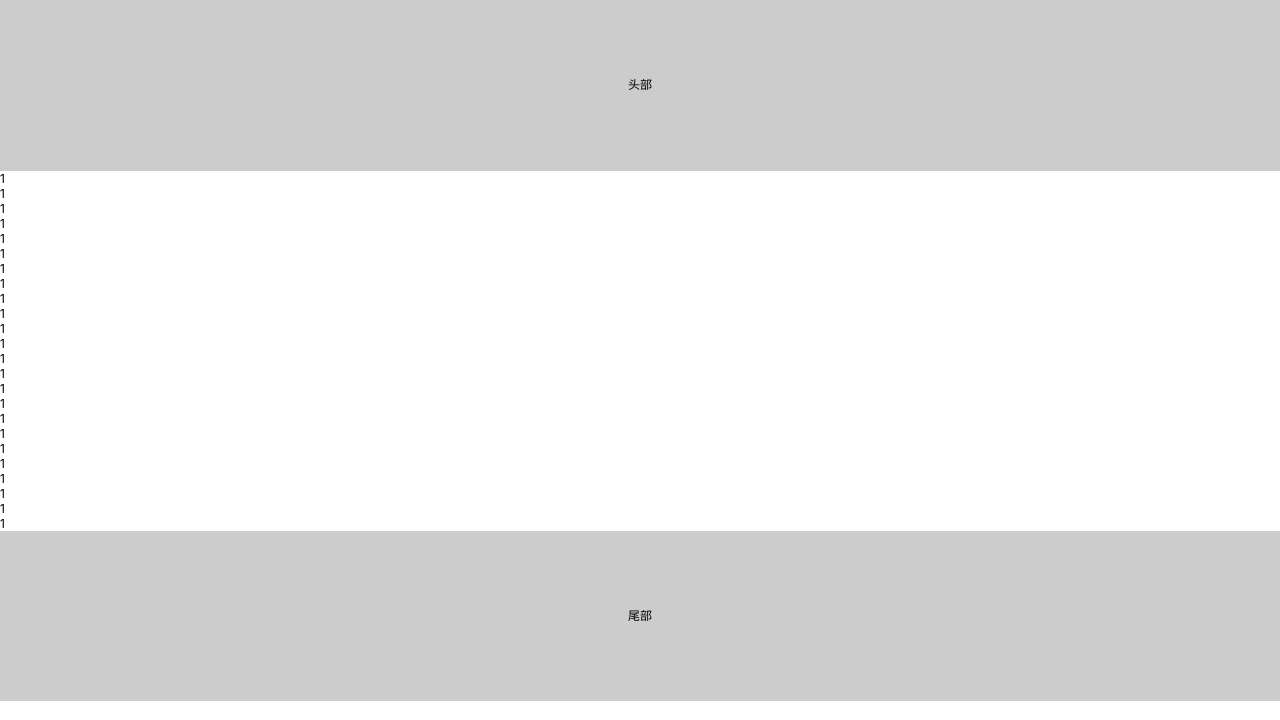
Repository: zjb17395046959/h5-
Page: index.html
The author's editor kept a copy of each file at every save. The page is drawn from the files as they stood at one save, then again after a run of saves.
The browser window is 1280 px wide. The pictures show the whole page.
The style sheet was rebuilt from its Sass, Less or Tailwind sources for each picture, by a compiler version that may differ from the author's.

Above is the page before, as saved 2020-09-14 16:06:11.

### index.html
<!DOCTYPE html>
<html lang="en">
<head>
    <meta charset="utf-8">
    <meta content="yes" name="apple-mobile-web-app-capable" />
    <meta content="yes" name="apple-touch-fullscreen" />
    <meta content="telephone=no,email=no" name="format-detection" />
    <meta name="viewport" content="initial-scale=1, maximum-scale=1, minimum-scale=1, user-scalable=no">
    <title>头尾固定，中间超出隐藏</title>
    <link rel="stylesheet" href="./css/reset.css">
    <link rel="stylesheet" href="./css/index.css">
    <script src="./js/jquery-2.1.3.min.js"></script>
    <script src="./js/flexible.js"></script>
    <script src="./js/util.js"></script>
</head>
<body>
    <!-- 布局开始 -->
    <div id="wrap">
        <!-- 头部布局 -->
        <header>头部</header>
        <div class="content">
            <p>1</p>
            <p>1</p>
            <p>1</p>
            <p>1</p>

            <p>1</p>

            <p>1</p>
            <p>1</p>
            <p>1</p>

            <p>1</p>
            <p>1</p>

            <p>1</p>
            <p>1</p>
            <p>1</p>
            <p>1</p>

            <p>1</p>
            <p>1</p>
            <p>1</p>
            <p>1</p>
            <p>1</p>
            <p>1</p>
            <p>1</p>
            <p>1</p>
            <p>1</p>
            <p>1</p>
        </div>
        <footer>尾部</footer>


<!-- 布局结束 -->
    </div>
</body>
</html>

### css/reset.css
/*清除外边距*/
body, h1, h2, h3, h4, h5, h6, hr, p, blockquote, figure, /*结构元素*/
dl, dt, dd, ul, ol, li, /*列表元素*/
fieldset, lengend, button, input, textarea, /*表单元素*/
th, td, /*表格元素*/
pre /*文本格式元素*/ {
    margin: 0;
    -webkit-tap-highlight-color:rgba(0,0,0,0);
    -webkit-tap-highlight-color: transparent;
}
/*清除内边距*/
ul, ol, menu, td, input{
    padding: 0;
}
/*重置列表元素*/
ul, ol {
    list-style: none;
}
/*将字体扶正*/
address, cite, dfn, em, var {
    font-style: normal;
}
/*清下划线*/
a {
    text-decoration: none;
    color: black;
}
/*鼠标略过a标签，显示下划线*/
a:hover {
    /*text-decoration: underline;*/
}
/*清浮动*/
.clear:after {
    content: '';
    display: block;
    clear: both;
}

.fl{
    float: left;
}

.fr {
    float: right;
}

input,textarea{
    border: none;
    outline:none;

}
input[type="button"],button{
    -moz-appearance: none;
    -webkit-appearance: none;
    border-radius: 0;/*解决ios上输入框圆角问题*/
}


input[type="text"]:focus,input[type="number"]:focus,input[type="tel"]:focus {
    -webkit-box-shadow: 0 0 0 1000px white inset !important;
}
input[type="text"]:-webkit-autofill,input[type="number"]:-webkit-autofill,input[type="tel"]:-webkit-autofill,
input[type="text"]:-webkit-autofill:focus,input[type="number"]:-webkit-autofill:focus,input[type="tel"]:-webkit-autofill:focus {
    -webkit-box-shadow: 0 0 0px 1000px white inset !important;
    background-color: #fff;
    transition: background-color 50000s ease-in-out 0s;
    -webkit-transition-delay: 99999s;
    -webkit-transition: color 99999s ease-out, background-color 99999s ease-out;
}

/* input:-webkit-autofill {
    -webkit-box-shadow: 0 0 0px 1000px white inset !important;
} */

::-webkit-scrollbar { width: 0  }

body {
    font-family: -apple-system, BlinkMacSystemFont, "PingFang SC","Helvetica Neue",STHeiti,"Microsoft Yahei",Tahoma,Simsun,sans-serif;
    -webkit-text-size-adjust: 100% !important;/*防止ios手机字体默认变大*/
}

### js/flexible.js
(function flexible (window, document) {
    var docEl = document.documentElement
    var dpr = window.devicePixelRatio || 1

    // adjust body font size
    function setBodyFontSize () {
      if (document.body) {
        document.body.style.fontSize = (12 * dpr) + 'px'
      }
      else {
        document.addEventListener('DOMContentLoaded', setBodyFontSize)
      }
    }
    setBodyFontSize();

    // set 1rem = viewWidth / 10
    function setRemUnit () {
      var rem = docEl.clientWidth / 10
      docEl.style.fontSize = rem + 'px'
    }

    setRemUnit()

    // reset rem unit on page resize
    window.addEventListener('resize', setRemUnit)
    window.addEventListener('pageshow', function (e) {
      if (e.persisted) {
        setRemUnit()
      }
    })

    // detect 0.5px supports
    if (dpr >= 2) {
      var fakeBody = document.createElement('body')
      var testElement = document.createElement('div')
      testElement.style.border = '.5px solid transparent'
      fakeBody.appendChild(testElement)
      docEl.appendChild(fakeBody)
      if (testElement.offsetHeight === 1) {
        docEl.classList.add('hairlines')
      }
      docEl.removeChild(fakeBody)
    }

    var viewport = document.querySelector("meta[name=viewport]");
        var dpr = window.devicePixelRatio || 1;
        var scale = 1 / dpr;
        //下面是根据设备dpr设置viewport
        viewport.setAttribute(
            "content",
            "width=device-width,initial-scale=" +
            scale +
            ", maximum-scale=" +
            scale +
            ", minimum-scale=" +
            scale +
            ", user-scalable=no"
        );

  }(window, document))

### js/util.js
$(function(){

        /**
     * ajax封装
     * url 发送请求的地址
     * data 发送到服务器的数据，数组存储
     * isLoading 是否显示loading
     * dataType 预期服务器返回的数据类型，常用的如：xml、html、json、text
     * successfn 成功回调函数
     * errorfn 失败回调函数
     */
    var loadNum = 0;
    jQuery.axspost=function(url, data,isLoading,successfn,errorfn) {

        $.ajax({
            type: "POST",
            data: data,
            url: "http://10.6.4.154:8081/app/v6/membersExchange/"+url,
            dataType: "json",
            beforeSend:function(){
                if(isLoading){
                    loadNum++;
                    $(".loading").show();
                }

            },
            success: function(d){
                console.log("成功",d)
                if(d.result == "000"){
                    successfn(d);
                }else{
                    console.log(d)
                    if(typeof errorfn === "function"){
                        errorfn("success",d);
                    }else{
                        $.toast(d.msg);
                    }
                }
            },
            error: function(e){
                console.log("失败",e)
                if(typeof errorfn === "function"){
                    errorfn("error",e);
                }else{
                    toast("请求出错！");
                    console.log(e)
                }

            },
            complete:function(e){
                if(isLoading){
                    loadNum--
                    if(loadNum === 0){
                        $(".loading").hide();
                    }
                }

            }
        });
    };

    jQuery.toast=function(msg, duration) {
        duration = isNaN(duration) ? 2000 : duration;
        var m = document.createElement('div');
        m.innerHTML = msg;
        m.setAttribute("class", "toast");

        m.style.cssText = "font-family:siyuan;padding:1.5vw  3.0557333vw;color: rgb(255, 255, 255);line-height: 5.7306667vw;text-align: center;border-radius: 0.8730667vw;position: fixed;top: 50%;left: 50%;transform: translate(-50%, -50%);z-index: 999999;background: rgba(0, 0, 0,.7);font-size:  3.4922667vw;word-break:break-all;";
        if(msg.length > 10){
            m.style.cssText+="min-width: 62%;"
        }
        document.body.appendChild(m);
        setTimeout(function() {
            var d = 0.5;
            m.style.webkitTransition = '-webkit-transform ' + d + 's ease-in, opacity ' + d + 's ease-in';
            m.style.opacity = '0';
            setTimeout(function() {
                document.body.removeChild(m)
            }, d * 1000);
        }, duration);
    }

  //校验手机号
  jQuery.PhoneNumberVerify=function(tel) {
    if(tel != ""){
        var reg =/^0?1[3|4|5|6|7|8|9][0-9]\d{8}$/;
        return reg.test(tel);
    }
  };

    //校验邮箱
    jQuery.emailVerify=function(email) {
        if (email != "") {
            var reg = /^\w+((-\w+)|(\.\w+))*\@[A-Za-z0-9]+((\.|-)[A-Za-z0-9]+)*\.[A-Za-z0-9]+$/;
            return reg.test(email);

        };
    };

     //保留两位小数
     jQuery.returnFloat=function(value){
        var value=Math.round(parseFloat(value)*100)/100;
        var xsd=value.toString().split(".");
        if(xsd.length==1){
            value=value.toString()+".00";
            return value;
        }
        if(xsd.length>1){
        if(xsd[1].length<2){
            value=value.toString()+"0";
        }
        return value;
        }
    }

    jQuery.add = function (arg1, arg2, d) {
        arg1 = arg1.toString(), arg2 = arg2.toString();
        var arg1Arr = arg1.split("."),
            arg2Arr = arg2.split("."),
            d1 = arg1Arr.length == 2 ? arg1Arr[1] : "",
            d2 = arg2Arr.length == 2 ? arg2Arr[1] : "";
        var maxLen = Math.max(d1.length, d2.length);
        var m = Math.pow(10, maxLen);
        var result = Number(((arg1 * m + arg2 * m) / m).toFixed(maxLen));
        var d = arguments[2];
        return typeof d === "number" ? Number((result).toFixed(d)) : result;
    }

    jQuery.accSub = function (arg1, arg2) {
        var r1, r2, m, n;
        try {
            r1 = arg1.toString().split(".")[1].length
        } catch (e) {
            r1 = 0
        };
        try {
            r2 = arg2.toString().split(".")[1].length
        } catch (e) {
            r2 = 0
        };
        m = Math.pow(10, Math.max(r1, r2));
        // 动态控制精度长度
        n = (r1 >= r2) ? r1 : r2;
        return ((arg1 * m - arg2 * m) / m).toFixed(n);
    }
    //乘法
    jQuery.accMul = function (arg1, arg2) {
        var m = 0,
            s1 = arg1.toString(),
            s2 = arg2.toString();
        try {
            m += s1.split(".")[1].length
        } catch (e) {};
        try {
            m += s2.split(".")[1].length
        } catch (e) {};
        return Number(s1.replace(".", "")) * Number(s2.replace(".", "")) / Math.pow(10, m);
    }

    //android禁止微信浏览器调整字体大小
   if (typeof WeixinJSBridge == "object" && typeof WeixinJSBridge.invoke == "function") {
       handleFontSize();
   } else {
       if (document.addEventListener) {
           document.addEventListener("WeixinJSBridgeReady", handleFontSize, false);
       } else if (document.attachEvent) {
           document.attachEvent("WeixinJSBridgeReady", handleFontSize);
           document.attachEvent("onWeixinJSBridgeReady", handleFontSize);  }
   }
   function handleFontSize() {
       // 设置网页字体为默认大小
       WeixinJSBridge.invoke('setFontSizeCallback', { 'fontSize' : 0 });
       // 重写设置网页字体大小的事件
       WeixinJSBridge.on('menu:setfont', function() {
           WeixinJSBridge.invoke('setFontSizeCallback', { 'fontSize' : 0 });
       });
   }
});

### css/index.less
@baseWidth:750;
.vw(@name,@px){
    @{name}:(@px / @baseWidth )* 100vw;
}
.longVw(@name,@a,@b,@c,@d){
    @{name}:( @a / @baseWidth)* 100vw ( @b / @baseWidth)* 100vw ( @c / @baseWidth)* 100vw ( @d / @baseWidth)* 100vw
}
#wrap{
    width: 100%;
    height: 100%;
    display: flex;
    flex-direction: column;
    header,footer{
        .vw(height,100);
        .vw(line-height,100);
        text-align: center;
        background:#ccc;
    }
    .content{
        flex: 1;
        overflow: auto;
    }
    footer{

    }
}

Loaded but not shown: js/jquery-2.1.3.min.js (library)

After the next 5 saves:
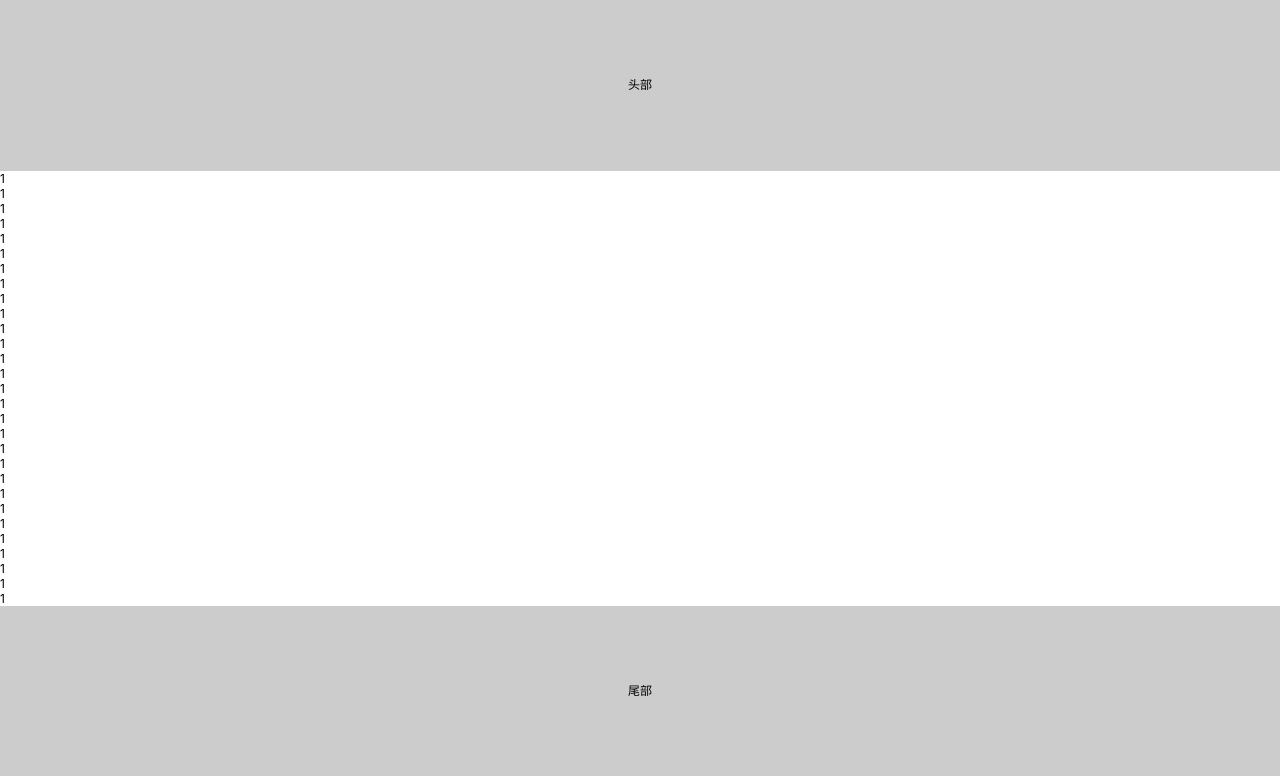
The 5 saves are shown as one change because they came seconds apart.
The last was saved 15 s later.
--- a/index.html
+++ b/index.html
@@ -23,21 +23,21 @@
             <p>1</p>
             <p>1</p>
             <p>1</p>
-
-            <p>1</p>
-
-            <p>1</p>
-            <p>1</p>
-            <p>1</p>
-
-            <p>1</p>
-            <p>1</p>
-
             <p>1</p>
             <p>1</p>
             <p>1</p>
             <p>1</p>
-
+            <p>1</p>
+            <p>1</p>
+            <p>1</p>
+            <p>1</p>
+            <p>1</p>
+            <p>1</p>
+            <p>1</p>
+            <p>1</p>
+            <p>1</p>
+            <p>1</p>
+            <p>1</p>
             <p>1</p>
             <p>1</p>
             <p>1</p>
